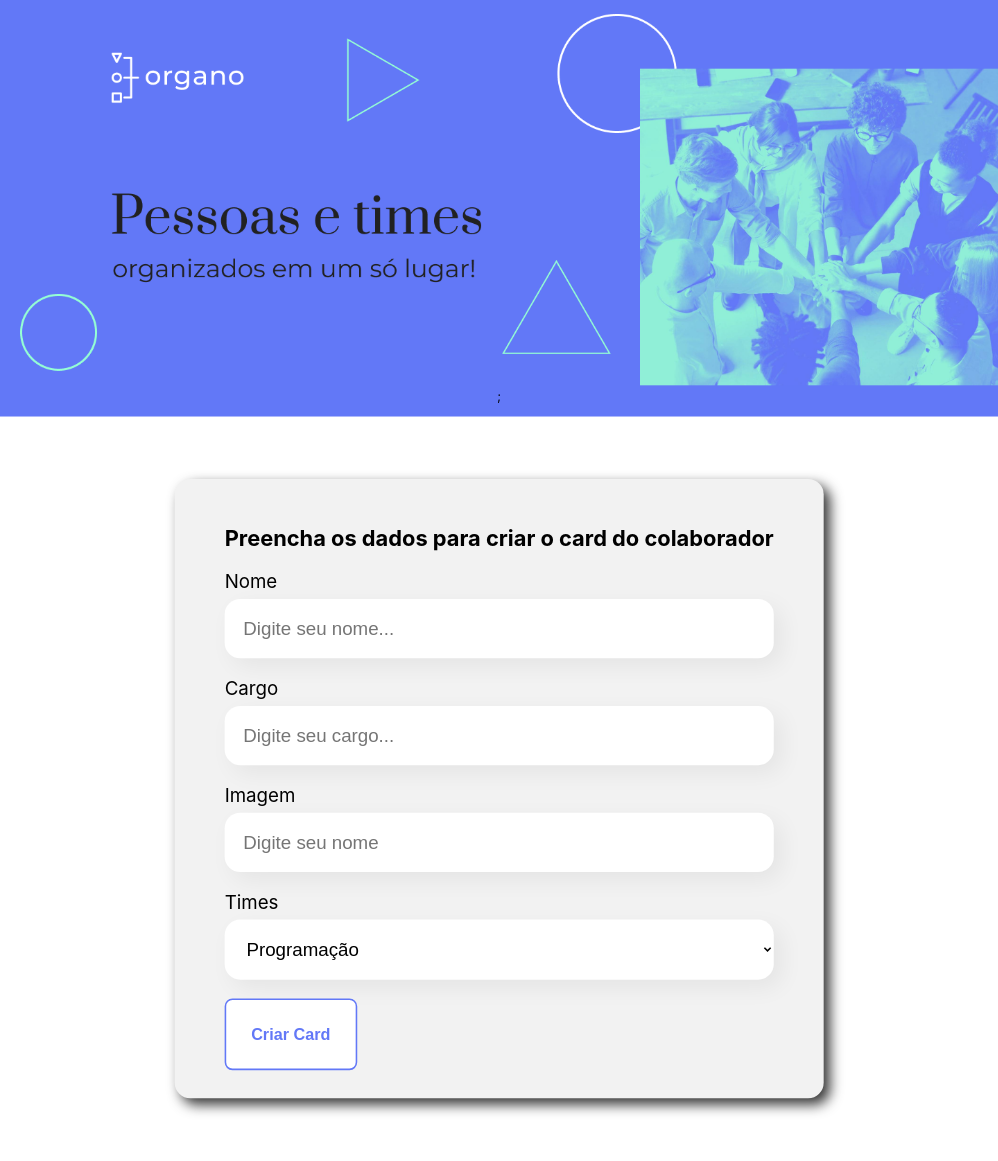
Repository: guilhermecardoso93/organo
Page: /
These files come from the project's save history. The page is drawn as it stood at one moment and after the next save; the edit follows.
The browser window is 1280 px wide. The pictures show the whole page, at 78% of full size.
The pointer rests on the first visible `button`.
The project was rebuilt for these pictures with package versions that can differ from the ones it lists, and the page was loaded fresh each time.

Above is the page before, as saved 2024-05-26 12:47:44.

### src/App.js
import { Banner } from "./components/Banner";
import { Form } from "./components/Form";

export default function App() {
  return (
    <div>
      <Banner />
      <Form />
    </div>
  );
}

### src/components/Banner/index.js
import BannerBackground from "../../assets/imagens/banner.png";
import "./styles.css";

export function Banner() {
  return (
    <header className="background-banner">
      <img src={BannerBackground} alt="Banner Principal da Página da Orgona" />;
    </header>
  );
}

### src/components/Form/index.js
import { Button } from "../Button";
import { Input } from "../Input";
import { ListDropDown } from "../ListDropDown";
import "./styles.css";

export function Form() {
  const times = [
    "Programação",
    "Front-End",
    "Data Science",
    "Devops",
    "UX e Design",
    "Mobile",
    " Inovação e Gestão",
  ];
  return (
    <section className="form">
      <form>
        <h2>Preencha os dados para criar o card do colaborador</h2>
        <Input label="Nome" placeholder="Digite seu nome..." />
        <Input label="Cargo" placeholder="Digite seu cargo..." />
        <Input label="Imagem" placeholder="Digite seu nome" />
        <ListDropDown itens={times} label="Times" />
        <Button title="Criar Card" />
      </form>
    </section>
  );
}

### src/components/Banner/styles.css
.background-banner {
  background-color: #6278f7;
  text-align: center;
  padding-bottom: 1rem;
}

.background-banner img {
  max-width: 100%;
}

### src/components/Button/index.js
import "./styles.css";

export function Button({ title }) {
  return <button>{title}</button>;
}

### src/components/Input/index.js
import "./styles.css";

export function Input({label, placeholder}) {
  return (
    <div className="campo-texto">
      <label>{label}</label>
      <input placeholder={placeholder}/>
    </div>
  );
}

### src/components/ListDropDown/index.js
import "./styles.css";

export function ListDropDown({ label, itens }) {
  return (
    <div className='list-dropdown'>
      <label>{label}</label>
      <select>
        {itens.map((item, index) => {
          return <option key={index}>{item}</option>;
        })}
      </select>
    </div>
  );
}

### src/components/Form/styles.css
.form {
  display: flex;
  justify-content: center;
  margin: 80px 0;
}

.form form {
  max-width: 80%;
  background-color: #f2f2f2;
  border-radius: 20px;
  padding: 36px 64px;
  box-shadow: 8px 8px 16px rgba(0,0,0, 0.8);
}

h2 {
  font-size: 1.75rem;
}

### src/components/Button/styles.css
button {
  background-color: #6278f7;
  color: white;
  border: none;
  border-radius: 10px;
  font-size: 1.3rem;
  font-weight: bold;
  padding: 32px;
  cursor: pointer;
}

button:hover {
  background-color: white;
  color: #6278f7;
  border: 2px solid #6278f7;
}

### src/components/Input/styles.css
.campo-texto {
  display: flex;
  flex-direction: column;
  margin: 24px 0;
}

.campo-texto label {
  display: block;
  margin-bottom: 8px;
  font-size: 24px;
  font-weight: semi-bold;
}

.campo-texto input {
  background-color: #fff;
  box-shadow: 10px 10px 30px rgba(0, 0, 0, 0.06);
  width: 100%;
  border: none;
  font-size: 24px;
  padding: 24px;
  box-sizing: border-box;
  border-radius: 20px;
}

### src/components/ListDropDown/styles.css
.list-dropdown {
  display: flex;
  flex-direction: column;
  margin: 24px 0;
}

.list-dropdown label {
  display: block;
  margin-bottom: 8px;
  font-size: 24px;
  font-weight: semi-bold;
}

.list-dropdown select {
  background-color: #fff;
  box-shadow: 10px 10px 30px rgba(0, 0, 0, 0.06);
  width: 100%;
  border: none;
  font-size: 24px;
  padding: 24px;
  box-sizing: border-box;
  border-radius: 20px;
}

Loaded but not shown: public/index.html (common file); src/index.js (common file); src/index.css (common file); public/manifest.json (common file)

After the next save:
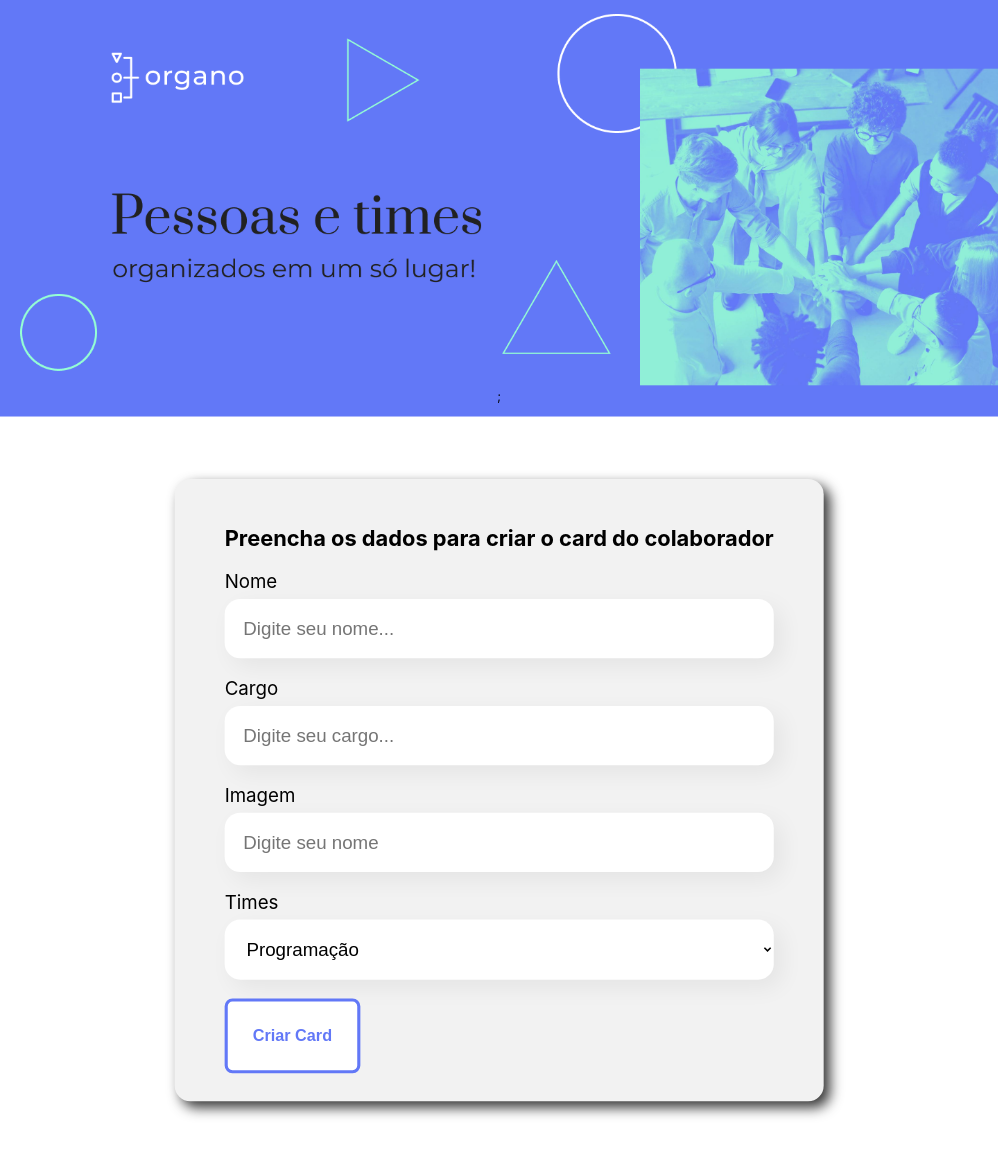
Saved 5 s later.
--- a/src/components/Button/styles.css
+++ b/src/components/Button/styles.css
@@ -12,5 +12,5 @@ button {
 button:hover {
   background-color: white;
   color: #6278f7;
-  border: 2px solid #6278f7;
+  border: 4px solid #6278f7;
 }
